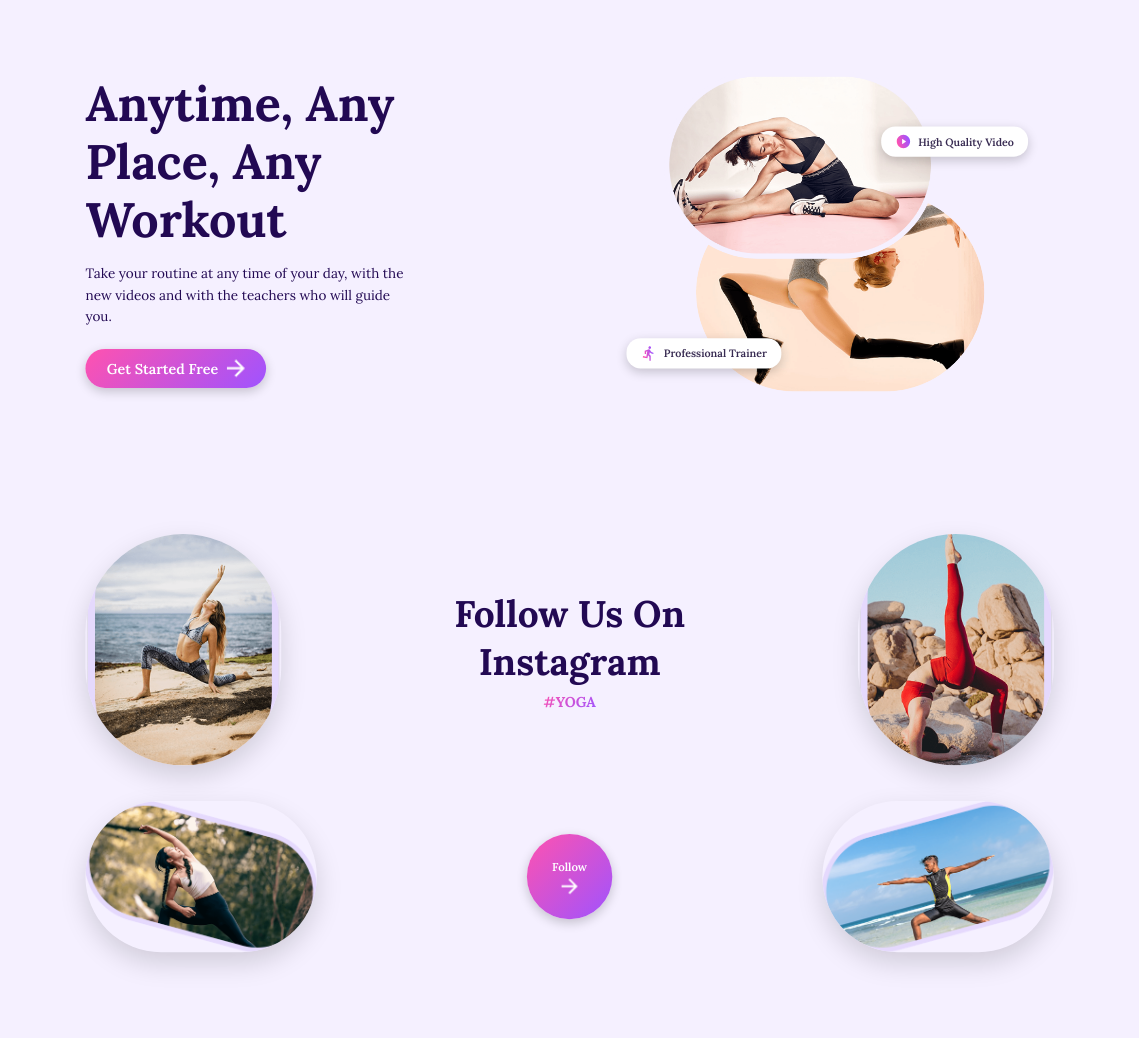
Repository: EunsuhJeon/responsive-yoga-website
Page: index.html
These files come from the project's save history. The page is drawn as it stood at one moment and after the next save; the edit follows.
The browser window is 1280 px wide. The pictures show the whole page, at 89% of full size.

Above is the page before, as saved 2025-11-26 00:37:18.

After the next save:
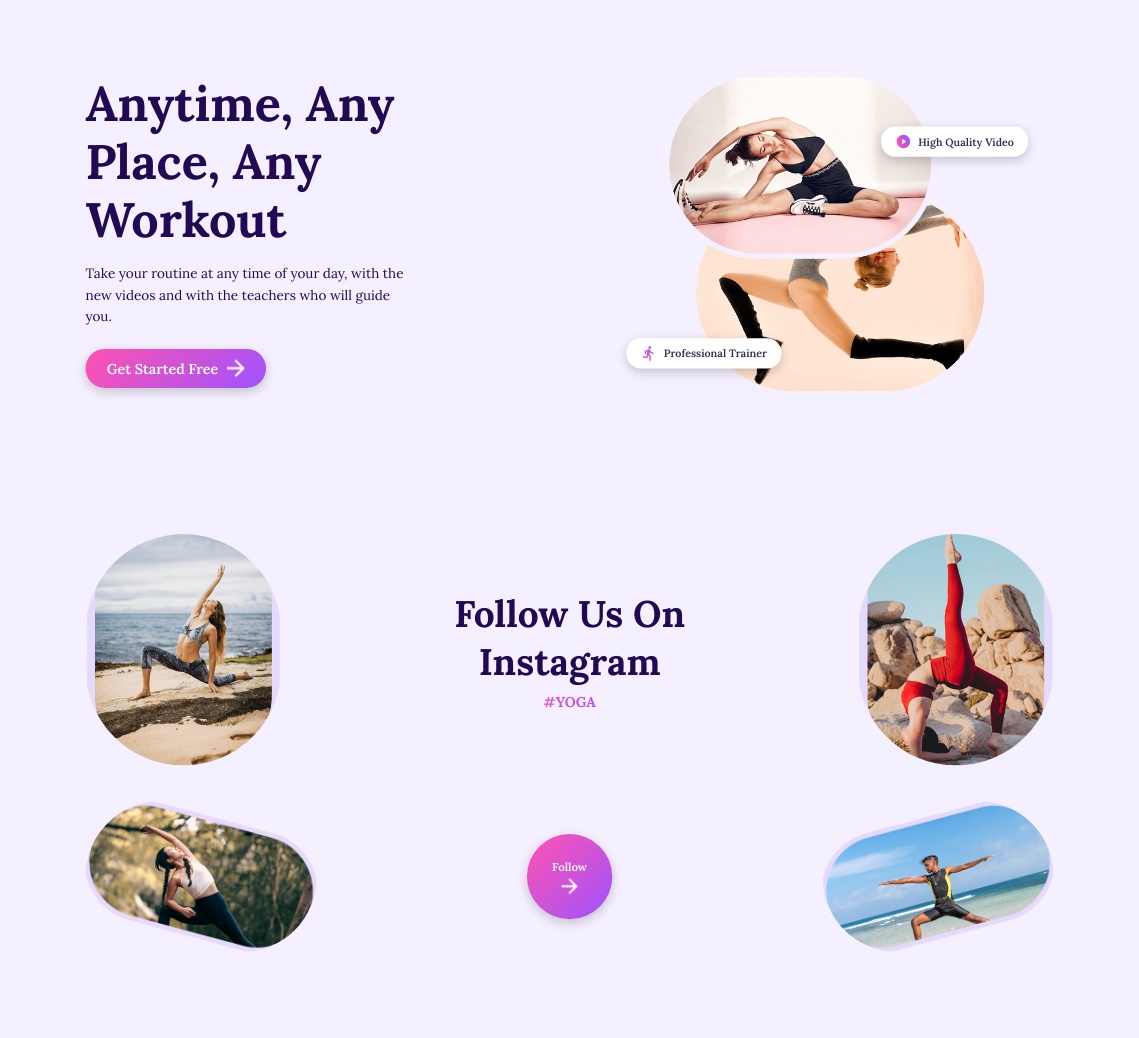
Saved 14 s later.
--- a/main.css
+++ b/main.css
@@ -283,12 +283,7 @@ button:active,
 
 /* Estilo base para todas las imágenes */
 .seccion-5-img {
-  !important;
-}
-
-.seccion-5-img {
   object-fit: cover;
-  box-shadow: 0 12px 30px rgba(0, 0, 0, 0.15);
   border-radius: 120px;
   background: transparent;
 }
